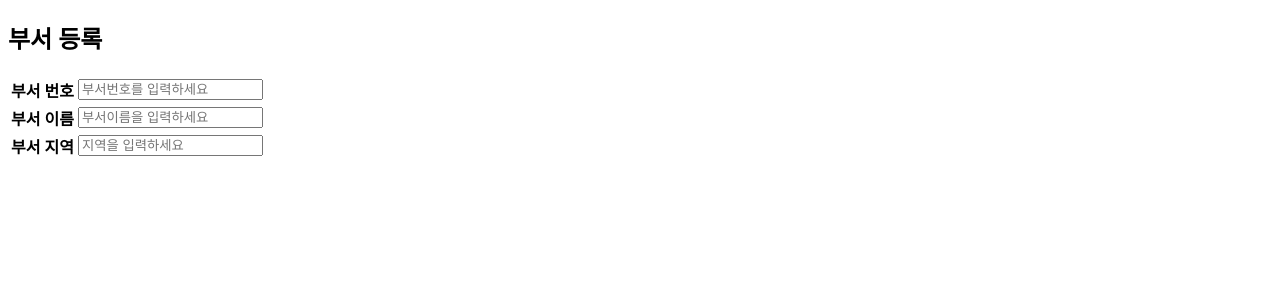
Repository: tmddnrdl333/5_BackEnd
Page: http://localhost/0323_mvc_basic/dept/regist.jsp
The author's editor kept a copy of each file at every save. The page is drawn from the files as they stood at one save, then again after the next save.
The browser window is 1280 px wide. The pictures show the whole page.
The page is served by Tomcat 9.

Above is the page before, as saved 2022-03-23 04:00:38.

After the next save:
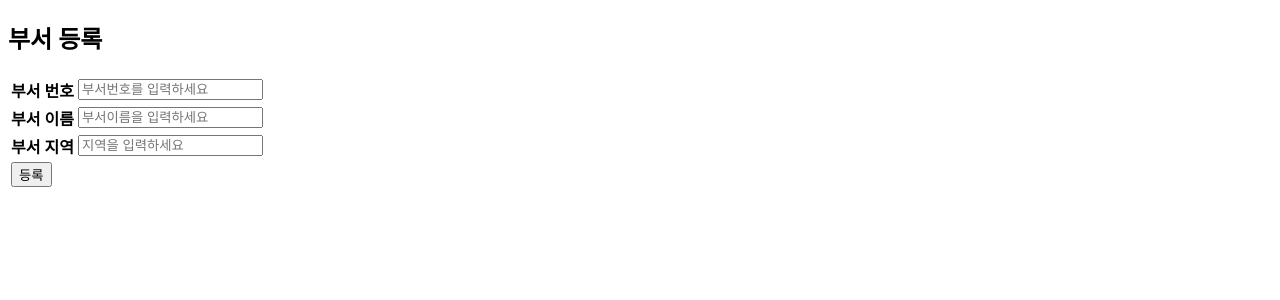
Saved 34 s later.
--- a/0323_mvc_basic/WebContent/dept/regist.jsp
+++ b/0323_mvc_basic/WebContent/dept/regist.jsp
@@ -22,6 +22,9 @@
 			<th>부서 지역</th>
 			<td><input type="text" name="loc" placeholder="지역을 입력하세요" required="required"/></td>
 		</tr>
+		<tr>
+			<td colspan="2"><input type="submit" value="등록"/></td>
+		</tr>
 
 	</table>
 </body>
